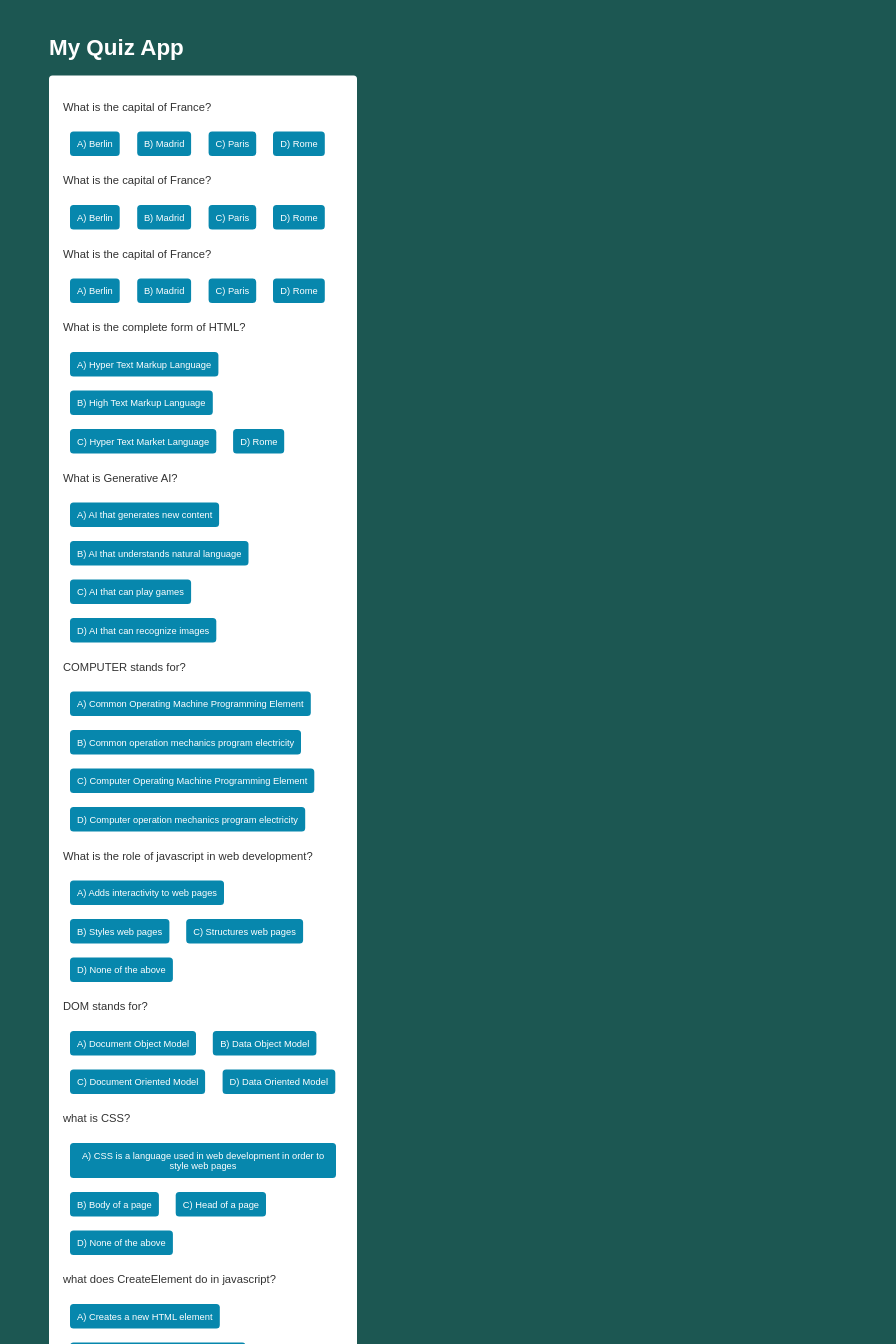
Repository: fatimaqueen9967-eng/SyntacexhubQuizApp
Page: index.html
The author's editor kept a copy of each file at every save. The page is drawn from the files as they stood at one save, then again after the next save.
The browser window is 1280 px wide. The pictures show the part of the page from y = 0 to 1920 px (the page is 2891 px tall), at 70% of full size.

Above is the page before, as saved 2026-03-15 06:24:52.

### index.html
<!DOCTYPE html>
<html lang="en">
<head>
    <meta charset="UTF-8">
    <meta name="viewport" content="width=device-width, initial-scale=1.0">
    <title>QUIZ APP</title>
    <link rel="stylesheet" href="style.css">
</head>
<body>
    <h1>My Quiz App</h1>
    <div class="box">
        <div class="question">
            <p>What is the capital of France?</p>
        </div>
        <div class="options">
            <button>A) Berlin</button>
            <button>B) Madrid</button>
            <button>C) Paris</button>
            <button>D) Rome</button>
        </div>
        <div class="question">
            <p>What is the capital of France?</p>
        </div>
        <div class="options">
            <button>A) Berlin</button>
            <button>B) Madrid</button>
            <button>C) Paris</button>
            <button>D) Rome</button>
        </div>
        <div class="question">
            <p>What is the capital of France?</p>
        </div>
        <div class="options">
            <button>A) Berlin</button>
            <button>B) Madrid</button>
            <button>C) Paris</button>
            <button>D) Rome</button>
        </div>
        <div class="question">
            <p>What is the complete form of HTML?</p>
        </div>
        <div class="options">
            <button>A) Hyper Text Markup Language</button>
            <button>B) High Text Markup Language</button>
            <button>C) Hyper Text Market Language</button>
            <button>D) Rome</button>
        </div>
        <div class="question">
            <p>What is Generative AI?</p>
        </div>
        <div class="options">
            <button>A) AI that generates new content</button>
            <button>B) AI that understands natural language</button>
            <button>C) AI that can play games</button>
            <button>D) AI that can recognize images</button>
        </div>
        <div class="question">
            <p>COMPUTER stands for?</p>
        </div>
        <div class="options">
            <button>A) Common Operating Machine Programming Element</button>
            <button>B) Common operation mechanics program electricity</button>
            <button>C) Computer Operating Machine Programming Element</button>
            <button>D) Computer operation mechanics program electricity</button>
        </div>
        <div class="question">
        <p>What is the role of javascript in web development?</p>
    </div>
    <div class="options">
        <button>A) Adds interactivity to web pages</button>
        <button>B) Styles web pages</button>
        <button>C) Structures web pages</button>
        <button>D) None of the above</button>
    </div>
        <div class="question">
        <p>DOM stands for?</p>
    </div>
    <div class="options">
        <button>A) Document Object Model</button>
        <button>B) Data Object Model</button>
        <button>C) Document Oriented Model</button>
        <button>D) Data Oriented Model</button>
    </div>
        <div class="question">
        <p>what is CSS?</p>
    </div>
    <div class="options">
        <button>A) CSS is a language used in web development in order to style web pages</button>
        <button>B) Body of a page</button>
        <button>C) Head of a page</button>
        <button>D) None of the above</button>
    </div>
        <div class="question">
        <p>what does CreateElement do in javascript?</p>
    </div>
    <div class="options">
        <button>A) Creates a new HTML element</button>
        <button>B) Removes an existing HTML element</button>
        <button>C) Modifies an existing HTML element</button>
        <button>D) None of the above</button>
    </div>
        <div class="question">
        <p>what is the use of addEventListener in javascript?</p>
    </div>
    <div class="options">
        <button>A) Adds an event listener to an HTML element</button>
        <button>B) Removes an event listener from an HTML element</button>
        <button>C) Modifies an event listener on an HTML element</button>
        <button>D) None of the above</button>
    </div>

        <div class="question">
        <p>Who is the founder of Microsoft?</p>
    </div>
    <div class="options">
        <button>A) Steve Jobs</button>
        <button>B) Bill Gates</button>
        <button>C) Mark Zuckerberg</button>
        <button>D) Elon Musk</button>
    </div>
        <div class="question">
        <p>What is Bootstrap?</p>
    </div>
    <div class="options">
        <button>A) A CSS framework</button>
        <button>B) A JavaScript library</button>
        <button>C) A front-end framework</button>
        <button>D) A back-end framework</button>
    </div>
        <div class="question">
        <p>what is the full form of CSS?</p>
    </div>
    <div class="options">
        <button>A) Cascading Style Sheets</button>
        <button>B) Computer Style Sheets</button>
        <button>C) Creative Style Sheets</button>
        <button>D) Colorful Style Sheets</button>
    </div>
    </div>


</body>
</html>

### style.css
body{
    background-color: #1c5752;
    font-family: Arial, sans-serif;
    margin-left: 50px;
    padding: 20px;
    color: #fff;
    justify-content: center;
    align-items: center;
}
h1 {
    align-items: center;
    /* color: #333; */
}
.box{
    /* height: 700px; */
    /* display: flex; */

    background-color: #fff;
    color: #333;
    padding: 20px;
    border-radius: 5px;
    margin-bottom: 20px;
    width: 400px;
    overflow-wrap: anywhere;
}
button {
    background-color: #0787ad;
    color: white;
    padding: 10px;
    margin: 10px;
    border: none;
    border-radius: 5px;
    cursor: pointer;
}

After the next save:
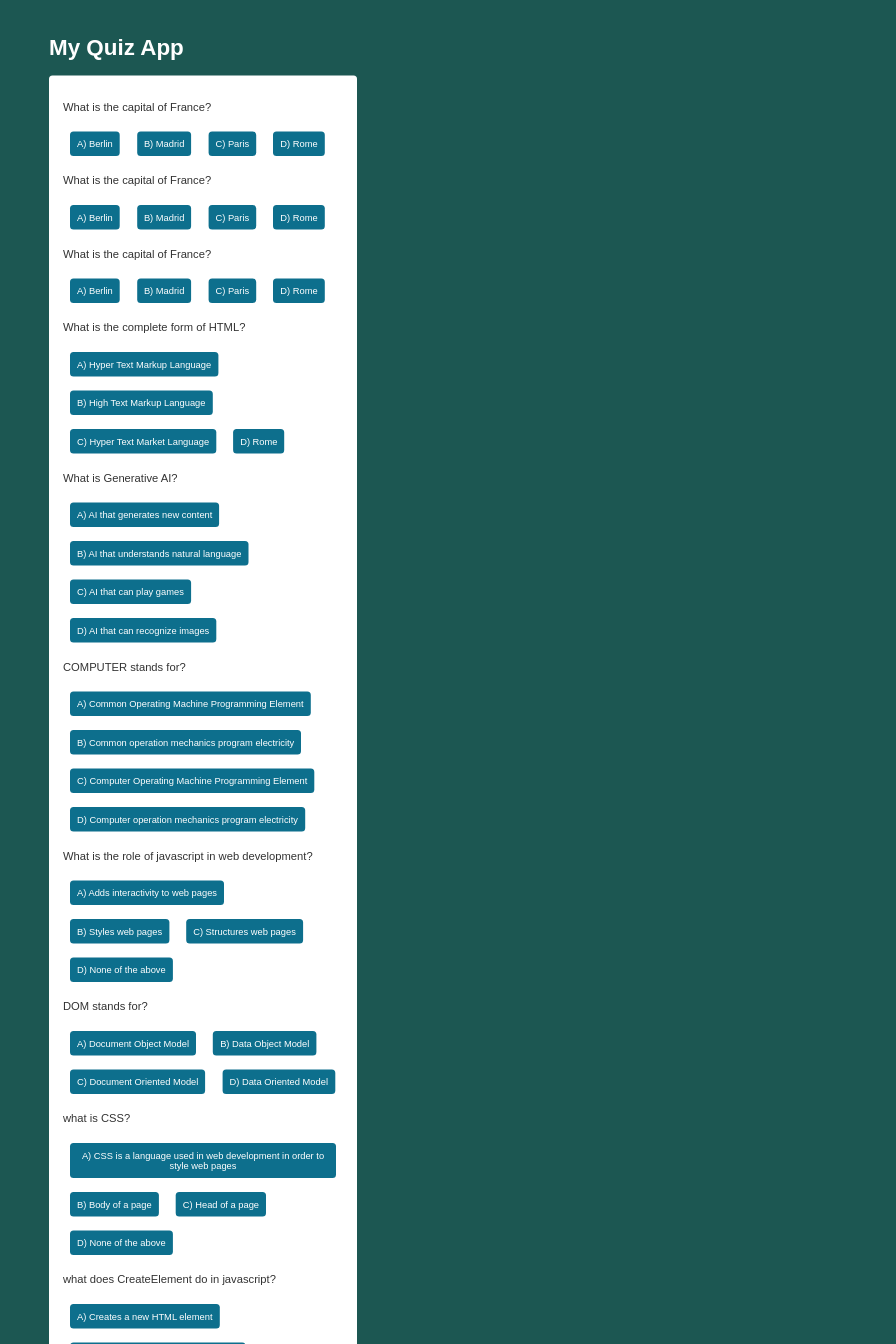
Saved 10 s later.
--- a/style.css
+++ b/style.css
@@ -24,7 +24,7 @@ h1 {
     overflow-wrap: anywhere;
 }
 button {
-    background-color: #0787ad;
+    background-color: #0d6f8d;
     color: white;
     padding: 10px;
     margin: 10px;
